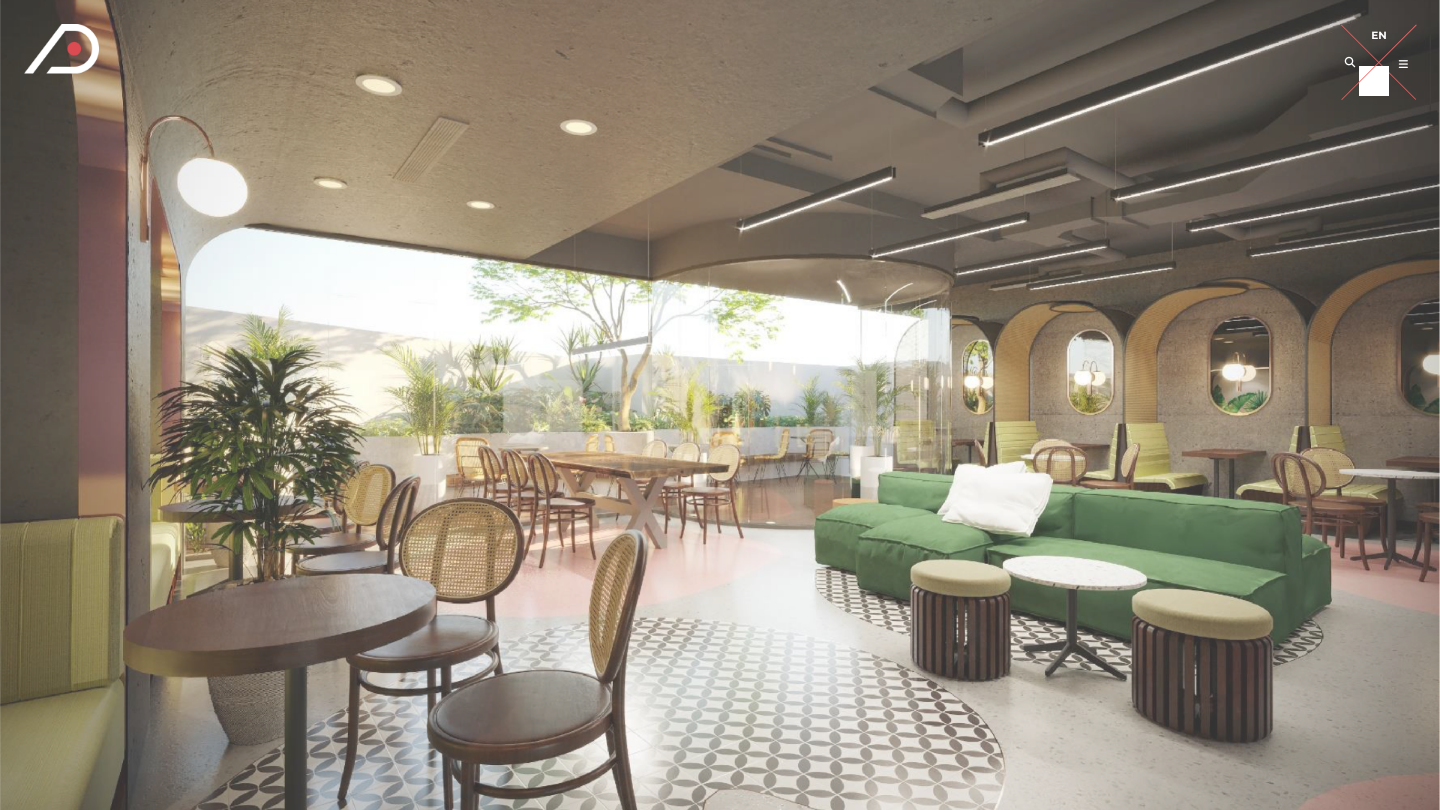
Repository: iphoneboy46/demoMonaFigma
Page: index.html
An editor plug-in stored every save of this project. The page is shown before and after the next save, followed by the edit.
The browser window is 1280 px wide. The page is 1920 px wide, so the pictures cover 1920 px, including what lies to the right of the window. The pictures show the whole page, at 75% of full size.
Some web libraries are served in a nearby version.

Above is the page before, as saved 2023-03-20 12:34:20.

### index.html
<!DOCTYPE html>
<html lang="en">
  <head>
    <meta charset="UTF-8" />
    <meta http-equiv="X-UA-Compatible" content="IE=edge" />
    <meta name="viewport" content="width=device-width, initial-scale=1.0" />
    <title>Demo Page</title>
    <link rel="stylesheet" href="style.css" />
    <link rel="preconnect" href="https://fonts.googleapis.com" />
    <link rel="preconnect" href="https://fonts.gstatic.com" crossorigin />
    <link
      href="https://fonts.googleapis.com/css2?family=Montserrat:wght@400;700&display=swap"
      rel="stylesheet"
    />
    <link
      rel="stylesheet"
      href="https://cdnjs.cloudflare.com/ajax/libs/font-awesome/6.3.0/css/all.min.css"
      integrity="sha512-SzlrxWUlpfuzQ+pcUCosxcglQRNAq/DZjVsC0lE40xsADsfeQoEypE+enwcOiGjk/bSuGGKHEyjSoQ1zVisanQ=="
      crossorigin="anonymous"
      referrerpolicy="no-referrer"
    />
  </head>
  <body>
    <header>
      <div class="header_top">
        <div class="header_top-logo">
          <img src="image/Layer 2 1.png" alt="" />
        </div>
        <div class="header_top-menu">
          <ul class="header_top-menu--list">
            <li class="header_top-menu--items">
              <div class="arrow-down">
                <div class="header_menu--item-1">EN</div>
              </div>
            </li>
            <li class="header_top-menu--items">
              <div class="arrow-right">
                <i class="fa-solid fa-magnifying-glass header_menu--item-2"></i>
              </div>
            </li>
            <li class="header_top-menu--items">
              <div class="arrow-left">
                <i class="fa-solid fa-bars header_menu--item-3"></i>
              </div>
            </li>
            <li class="header_top-menu--items">
              <div class="arrow-up">
                <img
                  class="header_menu--item-4"
                  src="image/path2191.png"
                  alt=""
                />
              </div>
            </li>
          </ul>
        </div>
      </div>
    </header>
    <script src="index.js"></script>
  </body>
</html>

### style.css
* {
    padding: 0;
    margin: 0;
    box-sizing: border-box;
}

body {
    width: 1920px;
    margin: 0 auto;
}

:root {
    --color-main: #e84545;
}

header {
    width: 1920px;
    height: 1080px;
    background: url(./image/img-pip@2x\ 1.png);
    background-size: 100%;
    background-repeat: no-repeat;
    opacity: 80%;
    z-index: 1;
    font-family: "Montserrat", sans-serif;
}

header::after {
    content: "";
    width: 100%;
    height: 100%;
    background-image: radial-gradient(rgba(0, 0, 0, 0) 0%, #000000 100%);
    z-index: 10;
}

.header_top {
    display: flex;
    justify-content: space-between;
    padding: 32px;
}
.header_top-logo {
}

.header_top-menu--list {
    color: white;
    list-style: none;
    position: relative;
    padding-right: 50px;
}

.header_top-menu--list::before {
    content: "";
    display: block;
    position: absolute;
    width: 141px;
    height: 1px;
    top: 0px;
    left: -120px;
    transform: rotate(45deg) translate(50%, 50%);
    background-color: var(--color-main);
}

.header_top-menu--list::after {
    content: "";
    display: block;
    position: absolute;
    width: 141px;
    height: 1px;
    top: 100px;
    left: -120px;
    transform: rotate(-45deg) translate(50%, 50%);
    background-color: var(--color-main);
}

.header_top-menu--items {
    position: relative;
    cursor: pointer;
}



.arrow-down {
    width: 0;
    height: 0;
    z-index: 1;
    border-top: 52px solid transparent;
    border-right: 52px solid transparent;
    border-left: 52px solid transparent;
    position: absolute;
    left: -104px;
    top: -26px;
    transform: translate(50%, 50%);
    transition: all linear 0.5s;

}

/* .header_top-menu--items:hover > .arrow-down{
    border-top: 52px solid red;
} */

.arrow-up {
    width: 0;
    height: 0;
    border-bottom: 52px solid transparent;
    border-right: 52px solid transparent;
    border-left: 52px solid transparent;
    position: absolute;
    transform: translate(50%, 50%);
    left: -103px;
    top: 25px;

    transition: all linear 0.5s;
}

/* .header_top-menu--items:hover > .arrow-up{
    border-bottom: 52px solid red;
} */

.arrow-left {
    width: 0;
    height: 0;
    border-top: 52px solid transparent;
    border-bottom: 52px solid transparent;
    border-left: 52px solid transparent;
    position: absolute;
    transform: translate(50%, 50%);
    top: -50px;
    left: -75px;
    transition: all linear 0.5s;

}
/*
.header_top-menu--items:hover > .arrow-left{
    border-left: 52px solid red;
} */

.arrow-right {
    width: 0;
    height: 0;
    border-top: 52px solid transparent;
    border-bottom: 52px solid transparent;
    border-right: 52px solid transparent;
    position: absolute;
    right: -50px;

    transition: all linear 0.5s;

}

/* .header_top-menu--items:hover > .arrow-right{
    border-right: 52px solid red;
} */

.header_menu--item-1 {


    position: absolute;
    top: -85px;
    left: -50px;
    transform: translate(50%, 50%);
    color: white;
    font-size: 14px;
    font-weight: 700;
    padding: 15px;
    z-index: 10;
}

.header_menu--item-2 {
    position: absolute;
    top: -45px;
    left: -80px;
    transform: translate(50%, 50%);
    color: white;
    font-size: 14px;
    font-weight: 700;
    padding: 15px;
}

.header_menu--item-3 {
    position: absolute;
    top: -45px;
    right: -30px;
    transform: translate(50%, 50%);
    color: white;
    font-size: 14px;
    font-weight: 700;
    padding: 15px;
}

.header_menu--item-4 {
    position: absolute;
    background-color: #fff;
    width: 40px;
    height: 40px;
    top: -15px;
    left: -47px;
    transform: translate(50%, 50%);
    color: white;
    font-size: 14px;
    font-weight: 700;
    padding: 15px;
}

### index.js
let hover1 = document.querySelector(".header_menu--item-1");
let hover2 = document.querySelector(".header_menu--item-2");
let hover3 = document.querySelector(".header_menu--item-3");
let hover4 = document.querySelector(".header_menu--item-4");
console.log(hover4);


let arrowDown = document.querySelector(".arrow-down");
let arrowUp = document.querySelector(".arrow-up");
let arrowRight = document.querySelector(".arrow-right");
let arrowLeft = document.querySelector(".arrow-left");




hover1.onmouseover = () => {
    arrowDown.style.borderTop = "52px solid #E84545";
};

hover1.onmouseleave = () => {
    arrowDown.style.borderTop = "52px solid transparent";
};

// hover2.onmouseover = () => {
//     arrowUp.style.borderBottom = "52px solid #E84545";

// };

// hover2.onmouseleave = () => {
//     arrowUp.style.borderBottom = "52px solid transparent";

// };

hover2.onmouseover = () => {
    arrowRight.style.borderLeft = "52px solid #E84545";

};

hover2.onmouseleave = () => {
    arrowRight.style.borderLeft = "52px solid transparent";

};

After the next save:
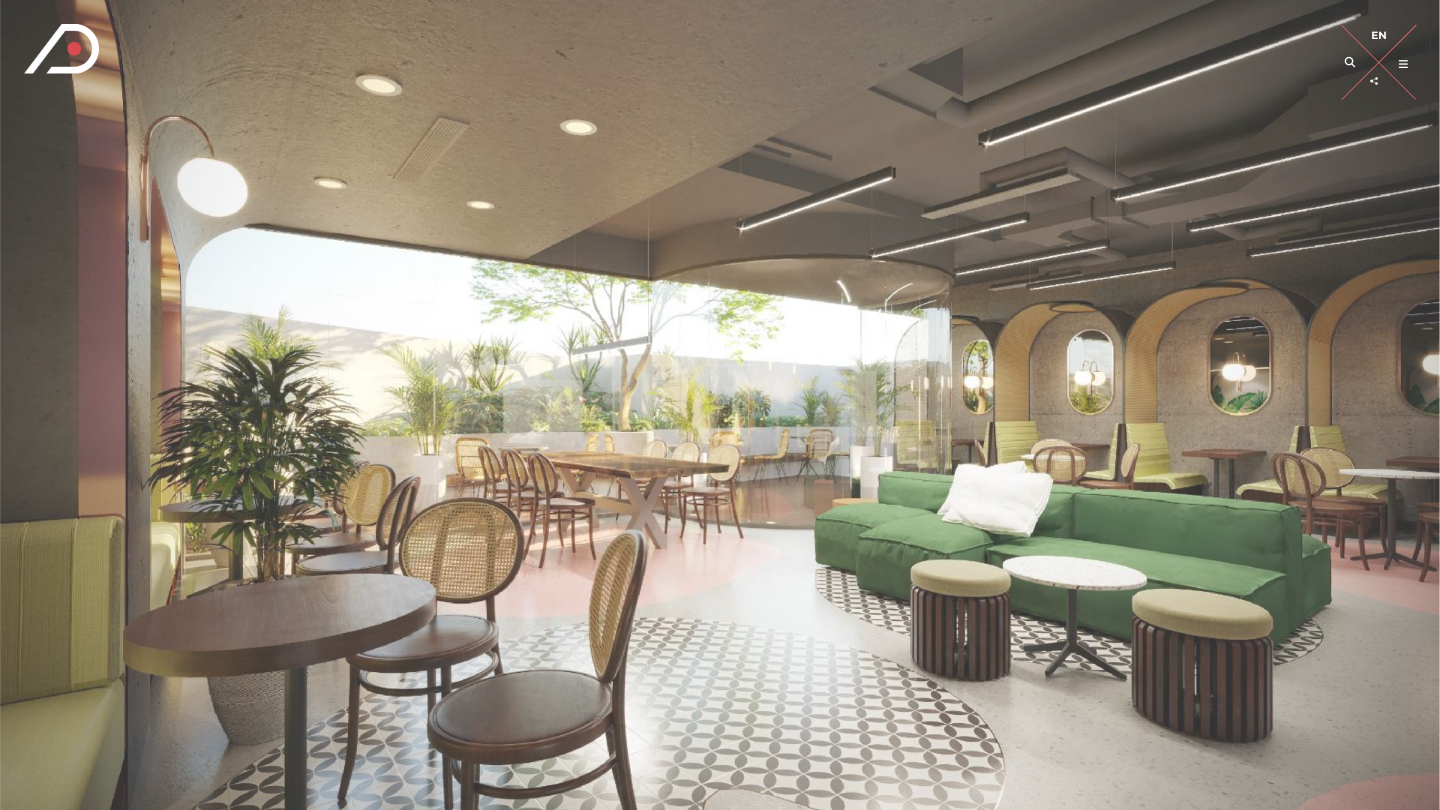
Saved 37 s later.
--- a/style.css
+++ b/style.css
@@ -188,7 +188,7 @@ header::after {
 
 .header_menu--item-4 {
     position: absolute;
-    background-color: #fff;
+
     width: 40px;
     height: 40px;
     top: -15px;
